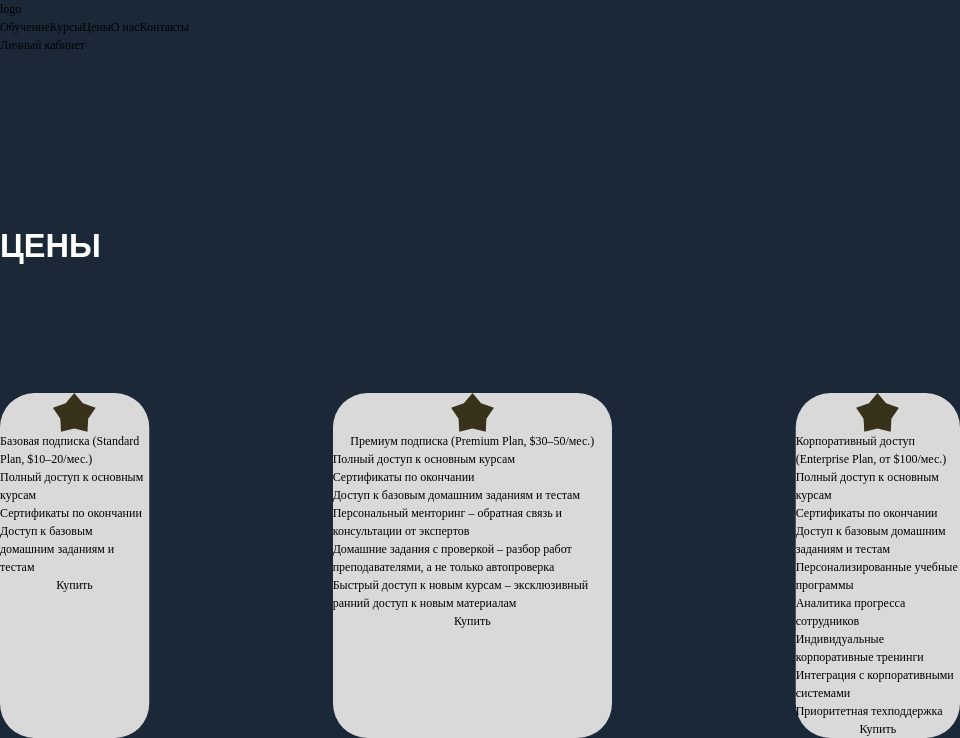
Repository: marjango/course
Page: /pricepage
An editor plug-in stored every save of this project. The page is shown before and after the next save, followed by the edit.
The browser window is 1280 px wide. The pictures show the whole page, at 75% of full size.
The project was rebuilt for these pictures with package versions that can differ from the ones it lists, and the page was loaded fresh each time. The framework's server and built-in components were replaced by stand-ins that run in the browser. Also part of the build but not shown: next.config.ts.

Above is the page before, as saved 2025-03-26 20:56:20.

After the next save:
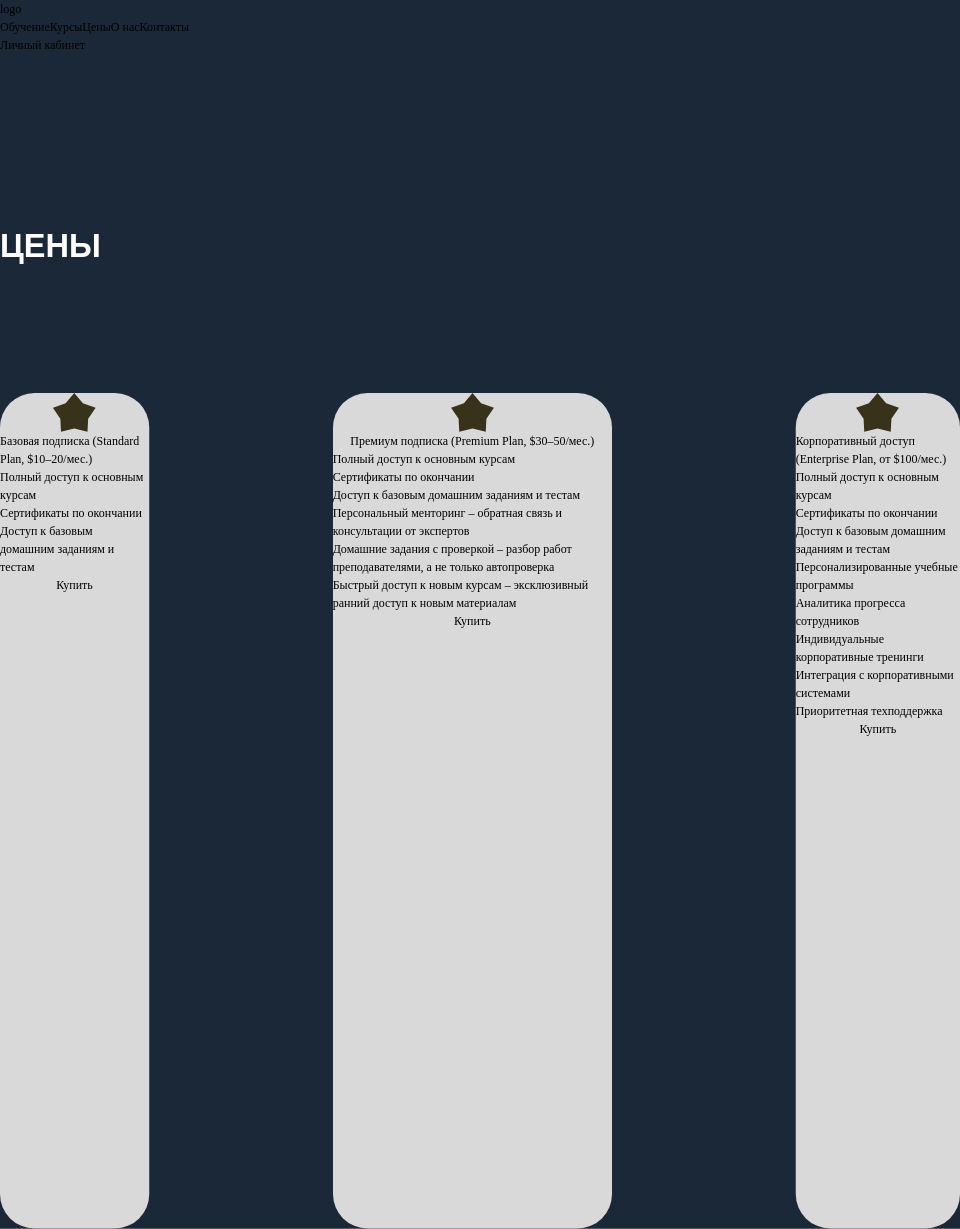
Saved 8 s later.
--- a/app/pricepage/price.module.css
+++ b/app/pricepage/price.module.css
@@ -21,5 +21,5 @@
     flex-direction: column;
     align-items: center;
     max-width: 383px;
-    max-height: 1114px;
+    height: 1114px;
 }
